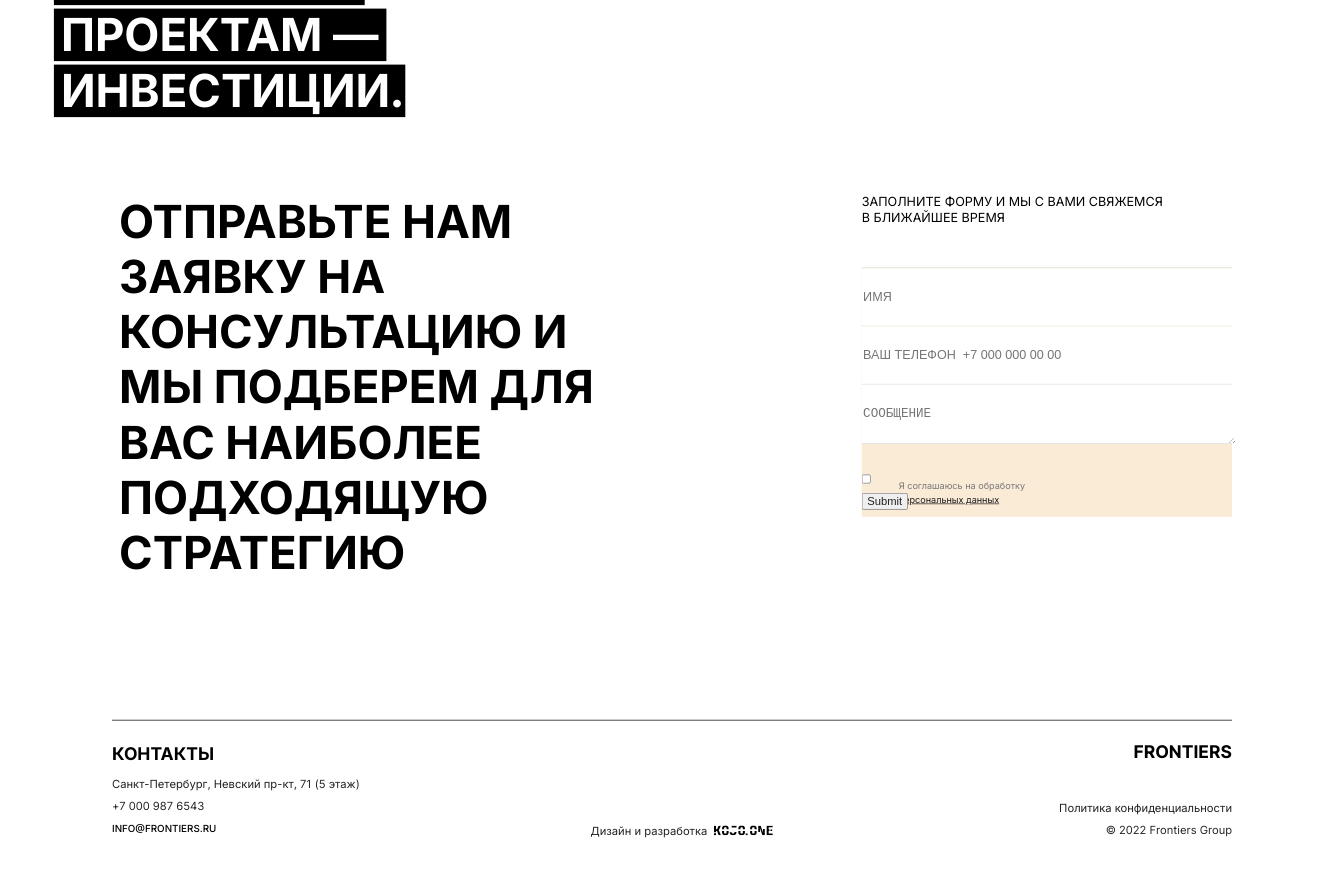
Repository: NadyaKorvin/frontiers
Page: /
These files come from the project's save history. The page is drawn as it stood at one moment and after the next save; the edit follows.
The browser window is 1280 px wide. The page is 1920 px wide, so the pictures cover 1920 px, including what lies to the right of the window. The pictures show the part of the page from y = 1385 to 2665 px (the page is 2665 px tall), at 70% of full size.
The project was rebuilt for these pictures with package versions that can differ from the ones it lists, and the page was loaded fresh each time.

Above is the page before, as saved 2022-05-23 18:39:00.

After the next save:
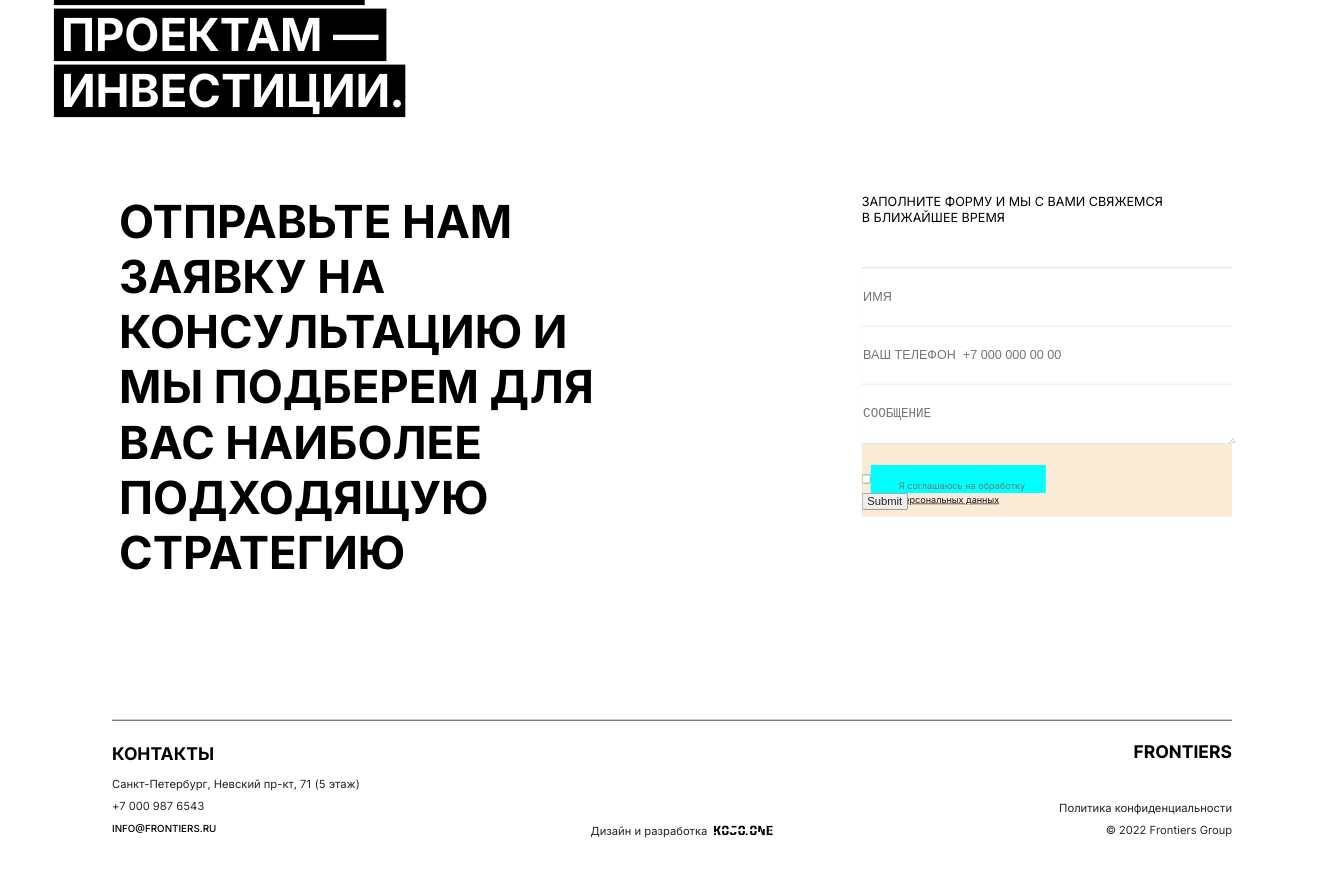
Saved 6 s later.
--- a/src/components/lastScreen/Form.module.css
+++ b/src/components/lastScreen/Form.module.css
@@ -48,5 +48,5 @@
   font-size: 13px;
   line-height: 150%;
   color: #787878;
-  background-color: ;
+  background-color: aqua;
 }
